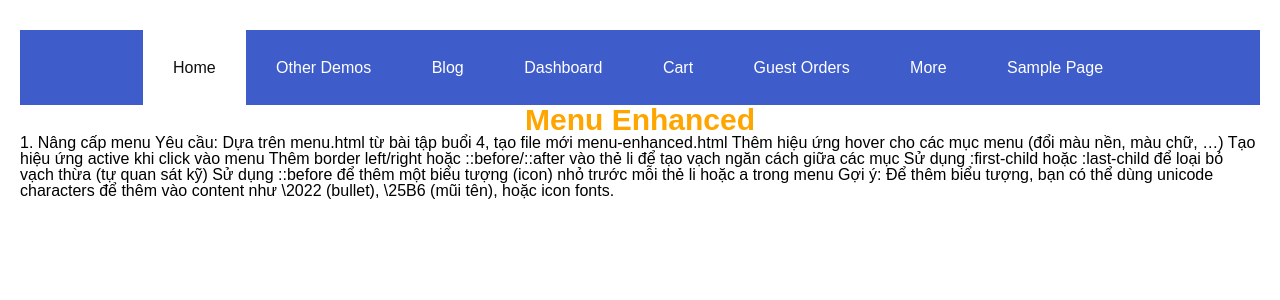
Repository: lannguyen1301/f8-zoom-day-5
Page: menu-enhanced.html
An editor plug-in stored every save of this project. The page is shown before and after the next save, followed by the edit.
The browser window is 1280 px wide. The pictures show the whole page.

Above is the page before, as saved 2025-04-21 13:07:57.

After the next save:
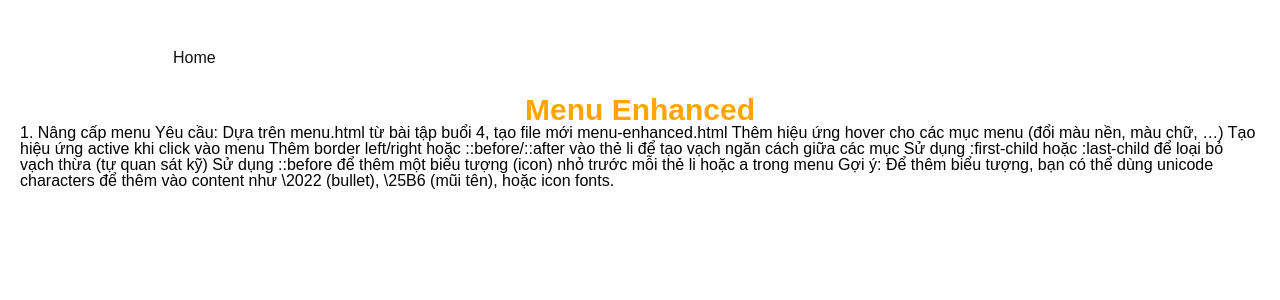
Saved 81 s later.
--- a/assets/css/style.css
+++ b/assets/css/style.css
@@ -27,6 +27,15 @@
     font-weight: 900;
     color: orange;
 }
+
+list
+item
+link
+item
+link
+item
+link
+item
 
 /* navbar */
 nav {

After the 4 saves that followed:
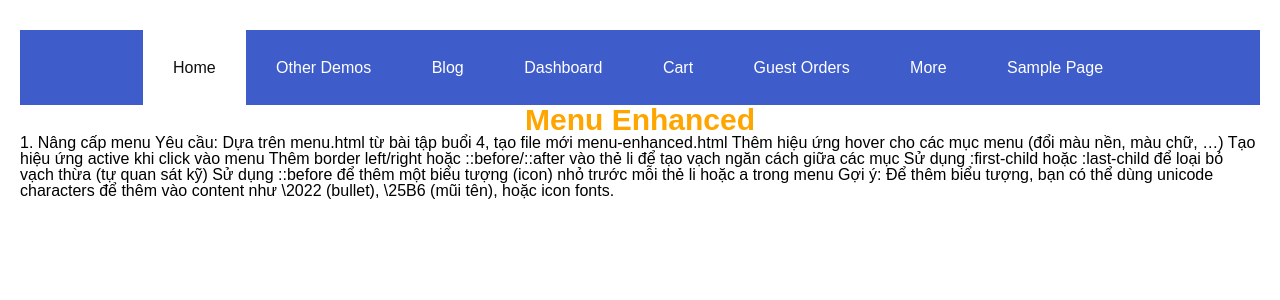
The 4 saves are shown as one change because 1 left the picture as it was and some came seconds apart.
The last was saved 16 s later.
--- a/assets/css/style.css
+++ b/assets/css/style.css
@@ -28,14 +28,15 @@
     color: orange;
 }
 
-list
-item
-link
-item
-link
-item
-link
-item
+.list {
+
+}
+.item {
+
+}
+.link {
+
+}
 
 /* navbar */
 nav {
